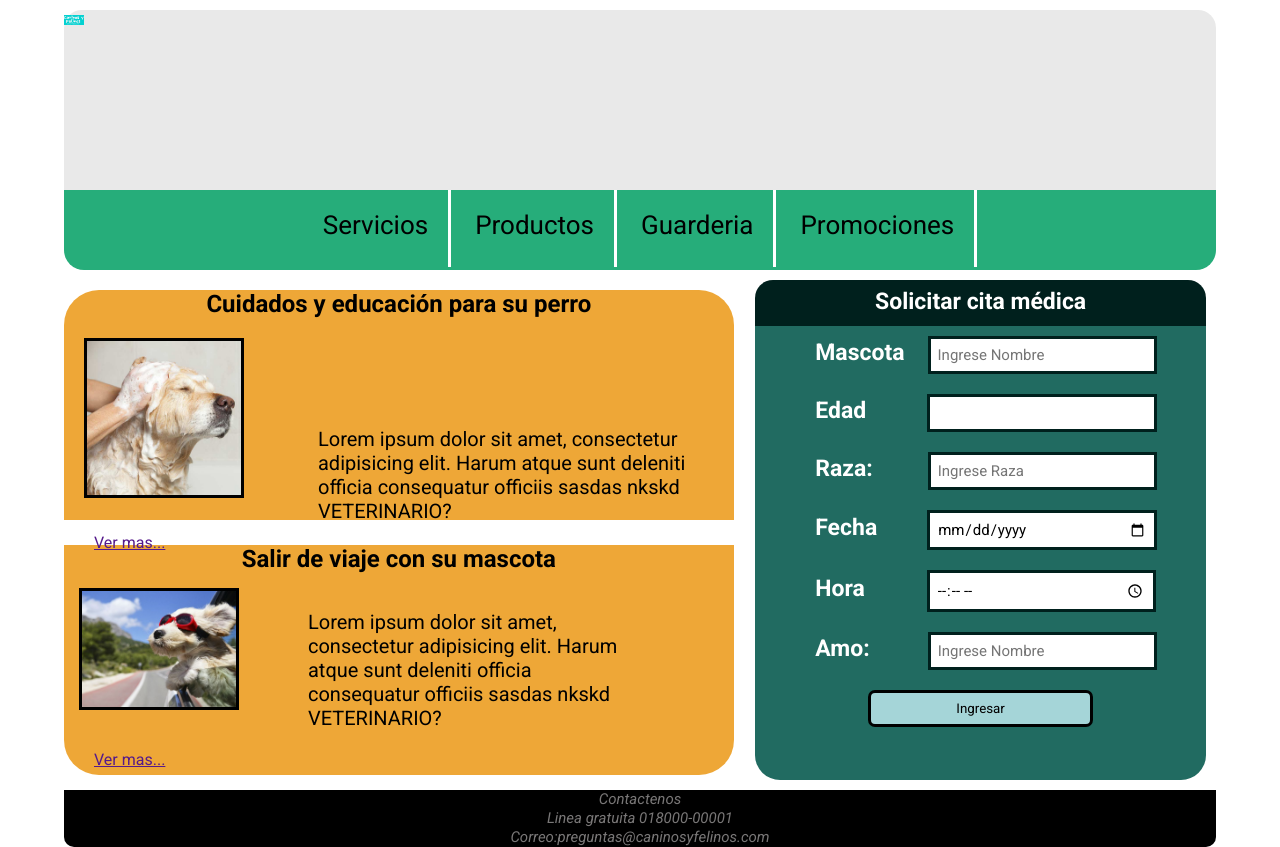
Repository: NickArregoces/Veterinaria
Page: Index.html
These files come from the project's save history. The page is drawn as it stood at one moment and after a run of saves; the edit follows.
The browser window is 1280 px wide. The pictures show the whole page.

Above is the page before, as saved 2021-10-08 19:22:04.

After the next 5 saves:
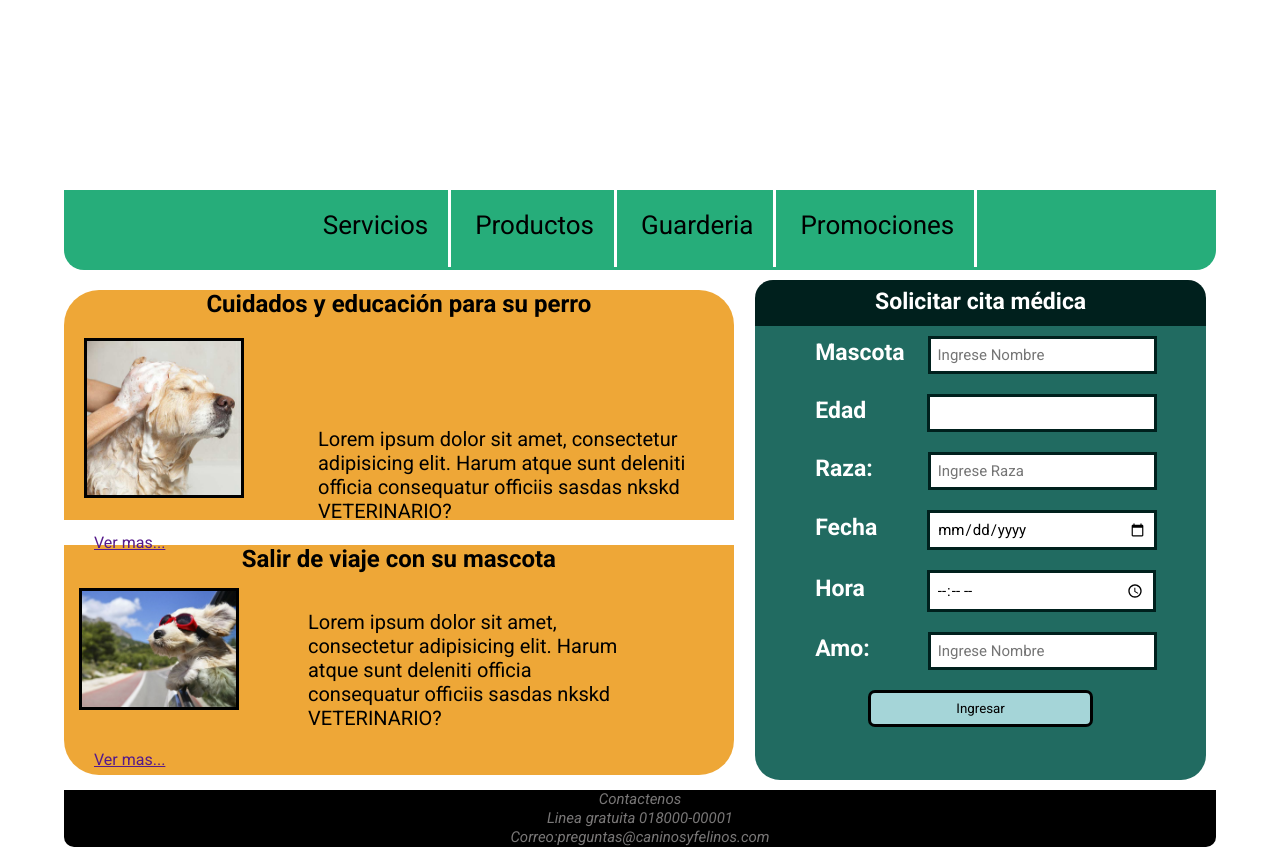
The 5 saves are shown as one change because they came seconds apart.
The last was saved 12 s later.
--- a/CSS/Style.css
+++ b/CSS/Style.css
@@ -14,13 +14,12 @@ body{
 header{
     width: 100%;
     margin-top: 10px;
-    background:rgb(233, 233, 233);
     border-top-left-radius:  18px;
     border-top-right-radius:  18px;
     height: 180px;
 }
     div img{
-        width: 20px;
+        width: 0px;
     }
     .title{
         float: right;
